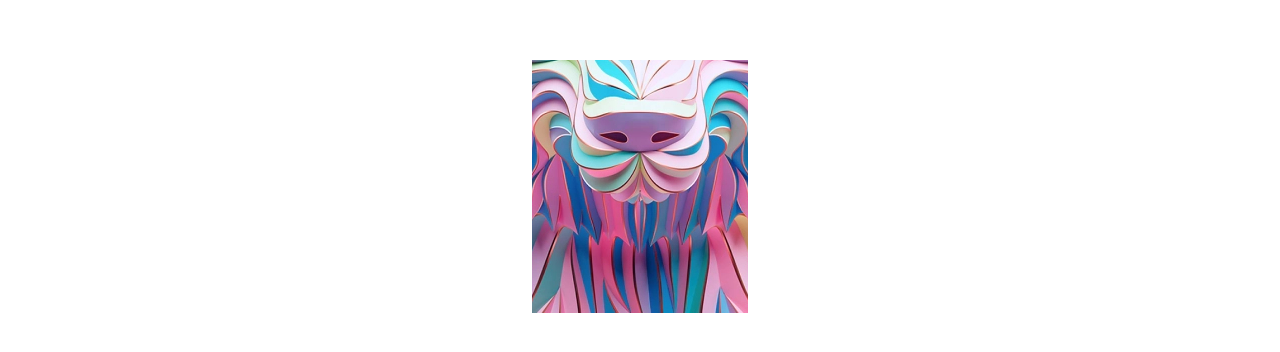
Repository: longNT0dev/C4E132
Page: SS4/index.html
The author's editor kept a copy of each file at every save. The page is drawn from the files as they stood at one save, then again after the next save.
The browser window is 1280 px wide. The pictures show the whole page.

Above is the page before, as saved 2022-10-02 21:27:24.

### SS4/index.html
<!DOCTYPE html>
<html lang="en">
  <head>
    <meta charset="UTF-8" />
    <meta http-equiv="X-UA-Compatible" content="IE=edge" />
    <meta name="viewport" content="width=device-width, initial-scale=1.0" />
    <link rel="stylesheet" href="style.css" />
    <title>Document</title>
  </head>
  <body>
    <div class="container">

      <div class="overlay">

        <div class="overlay-information">
          <img src="" />
          <div class="content">
            <h5></h5>
            <span></span>
          </div>
        </div>

        <div class="overlay-loading"></div>

      </div>
    </div>
  </body>
</html>

### SS4/style.css
* {
    margin: 0;
    padding: 0;
    box-sizing: border-box;
}

.container {
    width: 216px;
    height: 253px;
    /* background-color: black; */
    margin: 60px auto;
    background-image: url("oYiTqum.jpg");
    background-position: bottom;
}

After the next save:
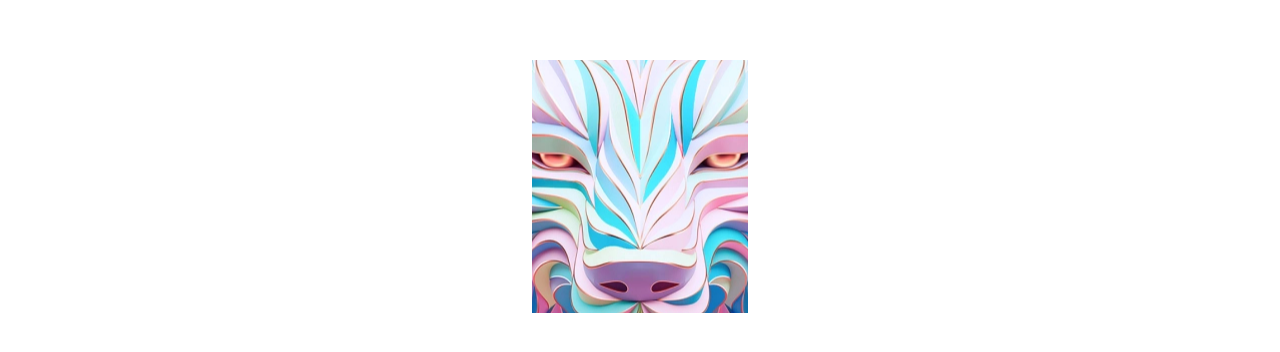
Saved 6 s later.
--- a/SS4/style.css
+++ b/SS4/style.css
@@ -10,5 +10,5 @@
     /* background-color: black; */
     margin: 60px auto;
     background-image: url("oYiTqum.jpg");
-    background-position: bottom;
+    background-position: center;
 }
